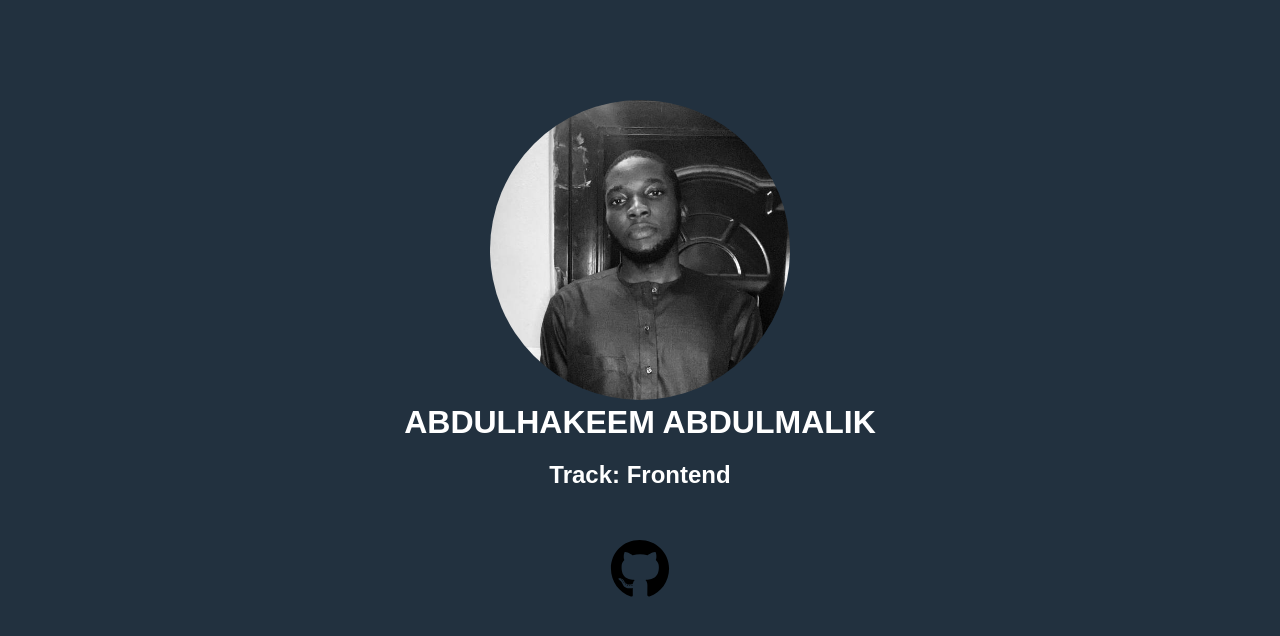
Repository: malikhakeem/HNG-TASK
Page: HNG-TASK1.html
The author's editor kept a copy of each file at every save. The page is drawn from the files as they stood at one save, then again after the next save.
The browser window is 1280 px wide. The pictures show the whole page.

Above is the page before, as saved 2023-09-08 22:46:56.
Console error: ReferenceError: currentTimeMillis is not defined

After the next save:
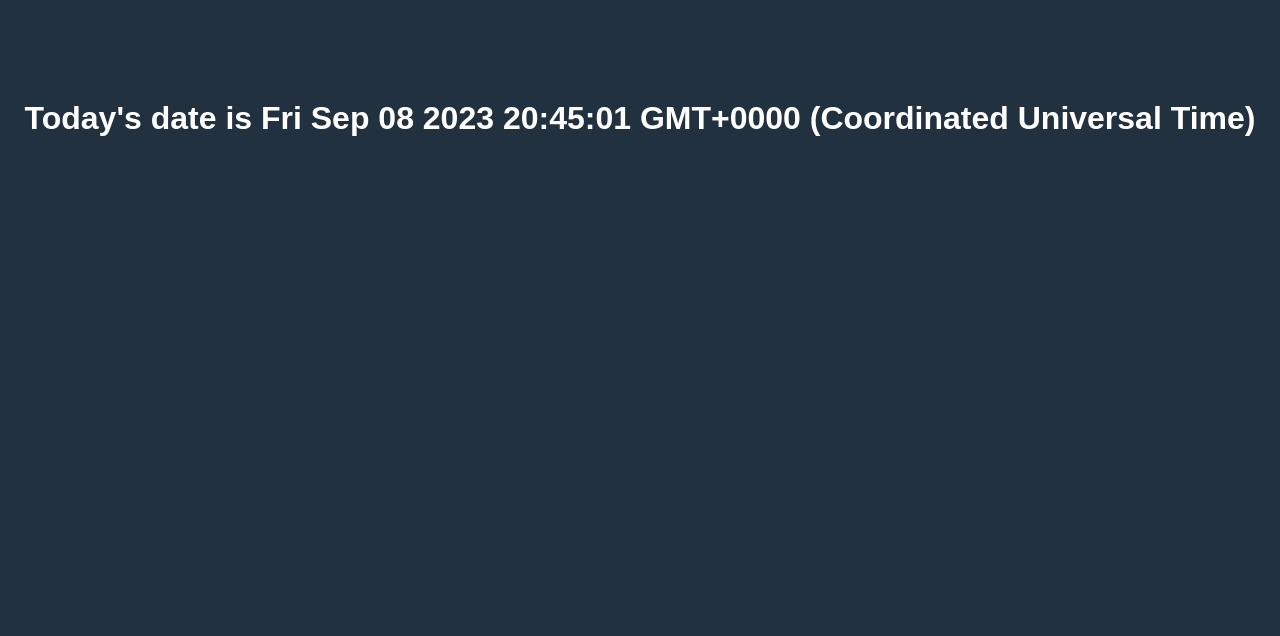
The error is gone.
Saved 9 s later.
--- a/HNG-TASK1.html
+++ b/HNG-TASK1.html
@@ -32,17 +32,8 @@
 
         </div>
         <script>
-            function updateTime() {
-                let currentTime = new Date();
-                let currentTimeMillis = currentTime.getTime();
-                let currentUTCTime = currentTime.toUTCString();
-
-                console.log("Current time in milliseconds: " + currentTimeMillis);
-                console.log("Current time in UTC: " + currentUTCTime);
-            }
-
-            setInterval(updateTime, 1000); // Run updateTime() every second
-            document.body.innerHTML = "<h1>Today's date is " + currentTimeMillis + "</h1>"
+            let d = new Date();
+            document.body.innerHTML = "<h1>Today's date is " + d + "</h1>"
         </script>
     </div>
 
